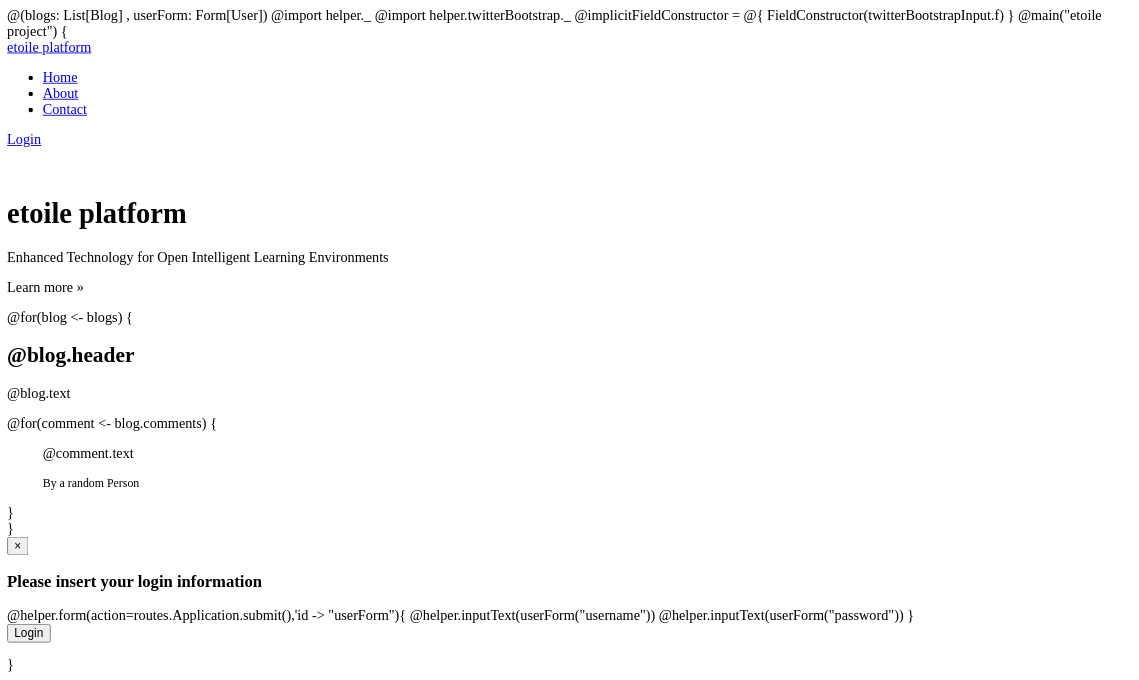
Repository: lopesdasilva/etoile
Page: etoile-play/.target/views/index.scala.html
These files come from the project's save history. The page is drawn as it stood at one moment and after the next save; the edit follows.
The browser window is 1280 px wide. The pictures show the whole page, at 89% of full size.

Above is the page before, as saved 2012-10-23 10:42:59.

After the next save:
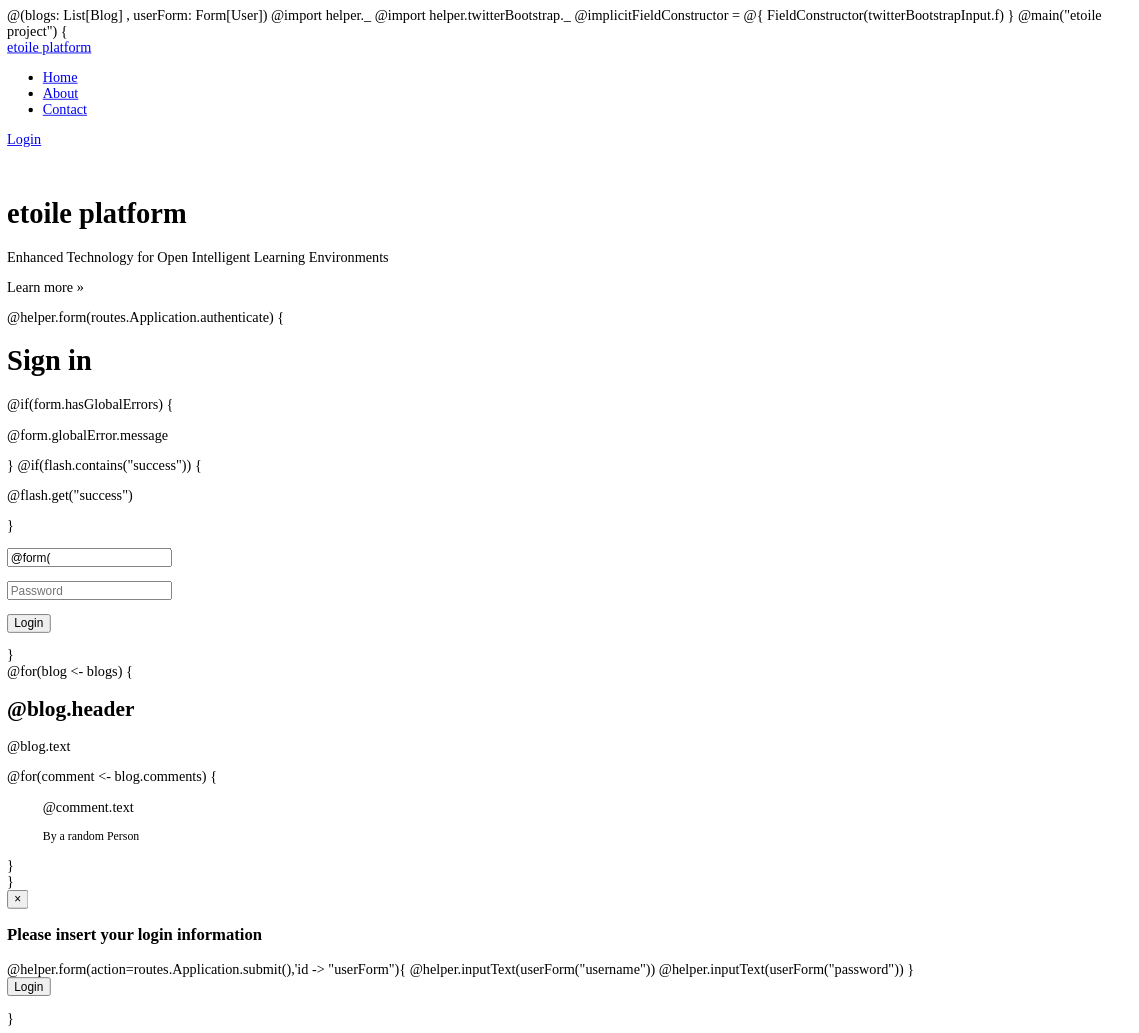
Saved 77 s later.
--- a/etoile-play/.target/views/index.scala.html
+++ b/etoile-play/.target/views/index.scala.html
@@ -39,6 +39,34 @@
 	 <p><a class="btn btn-primary btn-large">Learn more &raquo;</a></p>
 </div>
 
+ @helper.form(routes.Application.authenticate) {
+
+            <h1>Sign in</h1>
+
+            @if(form.hasGlobalErrors) {
+                <p class="error">
+                    @form.globalError.message
+                </p>
+            }
+
+            @if(flash.contains("success")) {
+                <p class="success">
+                    @flash.get("success")
+                </p>
+            }
+
+            <p>
+                <input type="email" name="email" placeholder="Email" value="@form("email").value">
+            </p>
+            <p>
+                <input type="password" name="password" placeholder="Password">
+            </p>
+            <p>
+                <button type="submit">Login</button>
+            </p>
+
+        }
+
 <!-- Example row of columns -->
 <div class="row" >
 	@for(blog <- blogs) {
